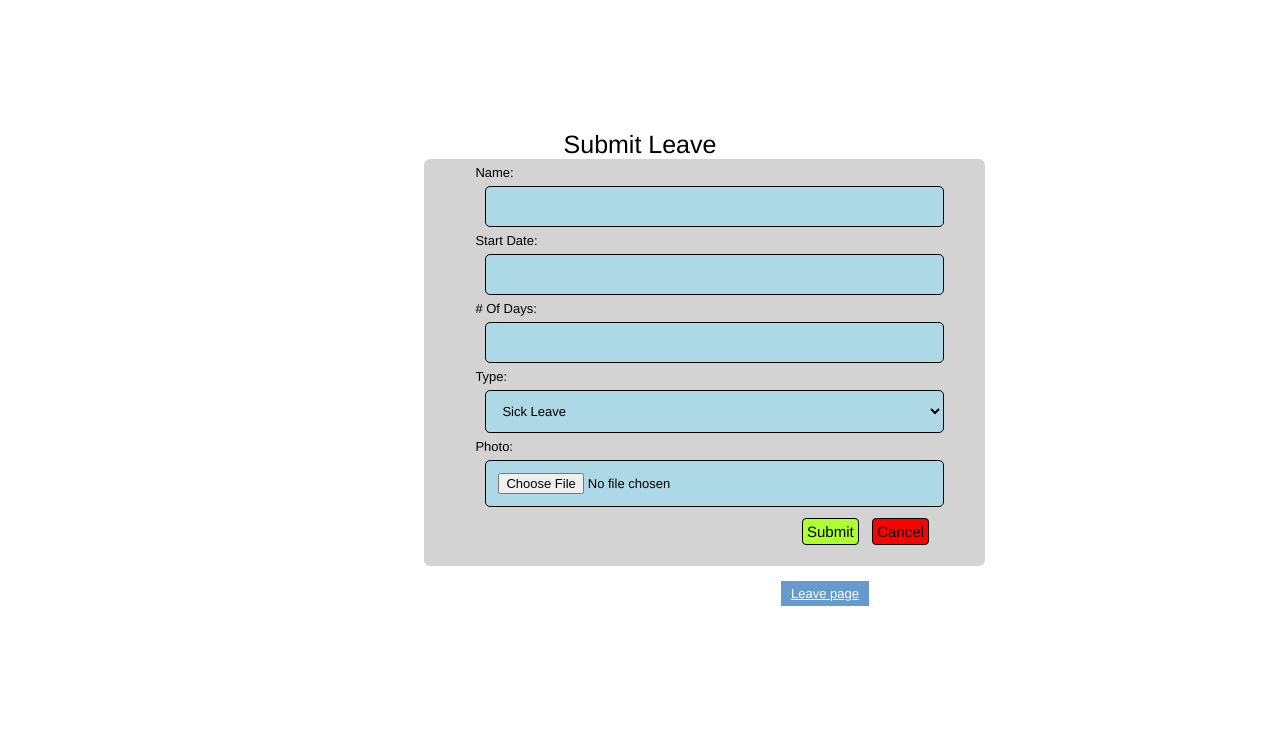
Repository: Murad71/BasicCRUD
Page: index.html
An editor plug-in stored every save of this project. The page is shown before and after a run of saves, followed by the edit.
The browser window is 1280 px wide. The pictures show the whole page.

Above is the page before, as saved 2023-04-18 21:43:50.

After the next 2 saves:
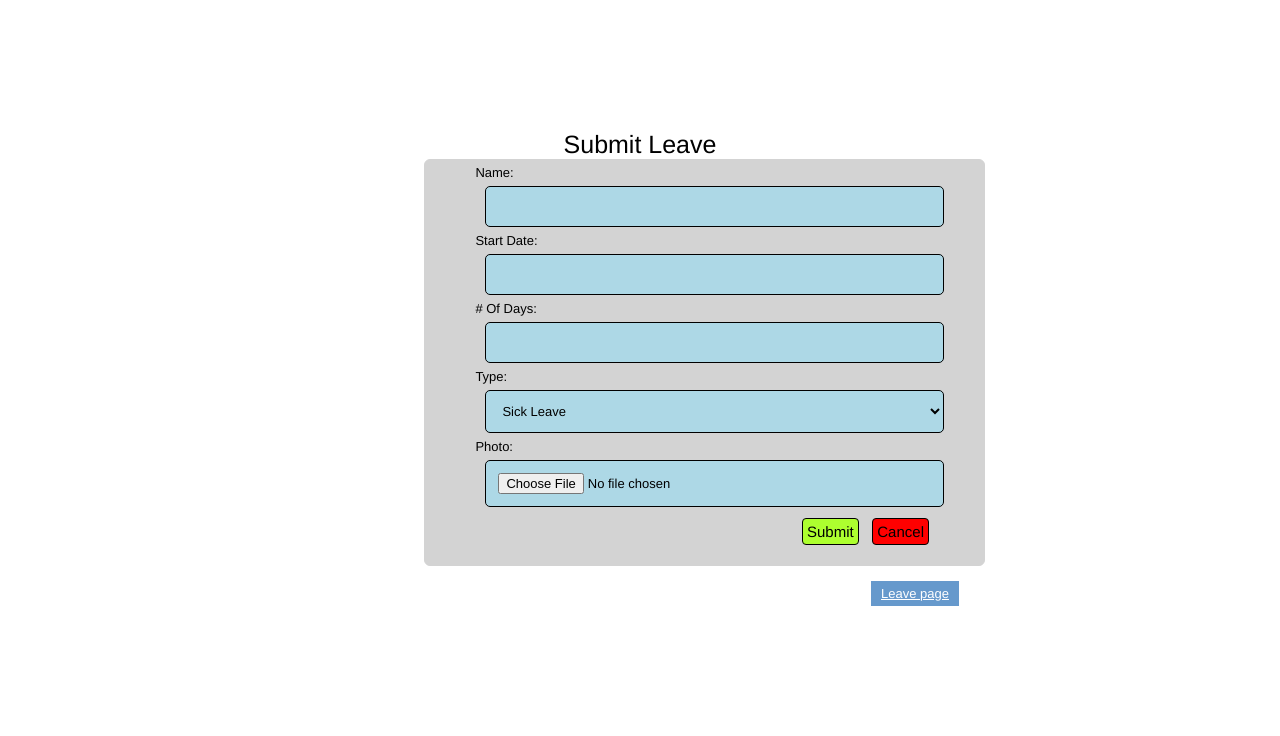
The 2 saves are shown as one change because they came seconds apart.
The last was saved 8 s later.
--- a/index.css
+++ b/index.css
@@ -60,7 +60,7 @@ input[type="reset"].cancel {
 }
 
 .anchorContainer {
-  margin-left: 370px;
+  margin-left: 550px;
 }
 
 a {
